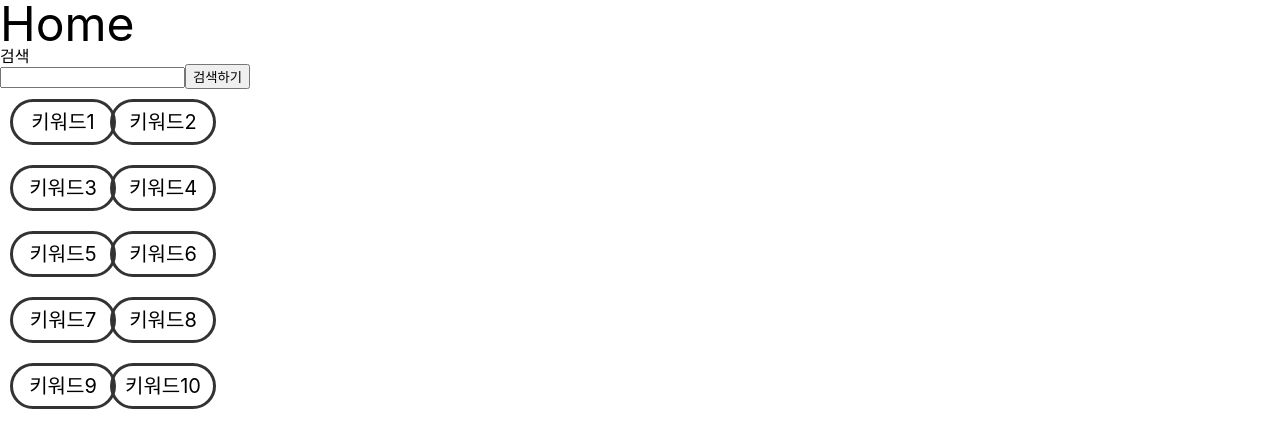
Repository: sunoo-lee/Star-Explore
Page: /
An editor plug-in stored every save of this project. The page is shown before and after the next save, followed by the edit.
The browser window is 1280 px wide. The pictures show the whole page.
The project was rebuilt for these pictures with package versions that can differ from the ones it lists, and the page was loaded fresh each time.

Above is the page before, as saved 2022-10-14 03:20:32.

After the next save:
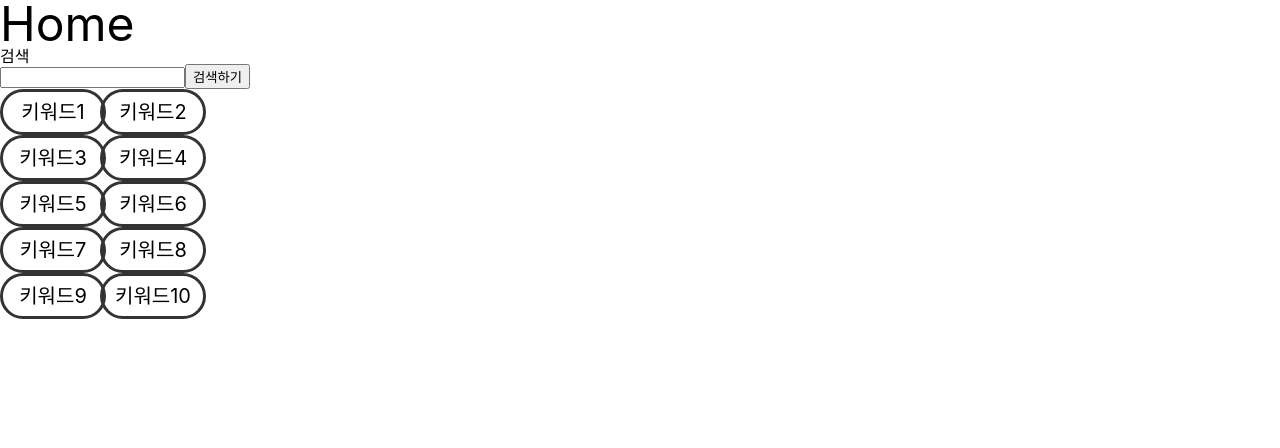
Saved 14 s later.
--- a/src/Style.css
+++ b/src/Style.css
@@ -20,7 +20,7 @@ h1 {
   grid-template-columns: 100px 100px;
 }
 .keyword ul li {
-  margin: 10px;
+  /* margin: 10px; */
 }
 .keyword ul li span {
   display: inline-block;
